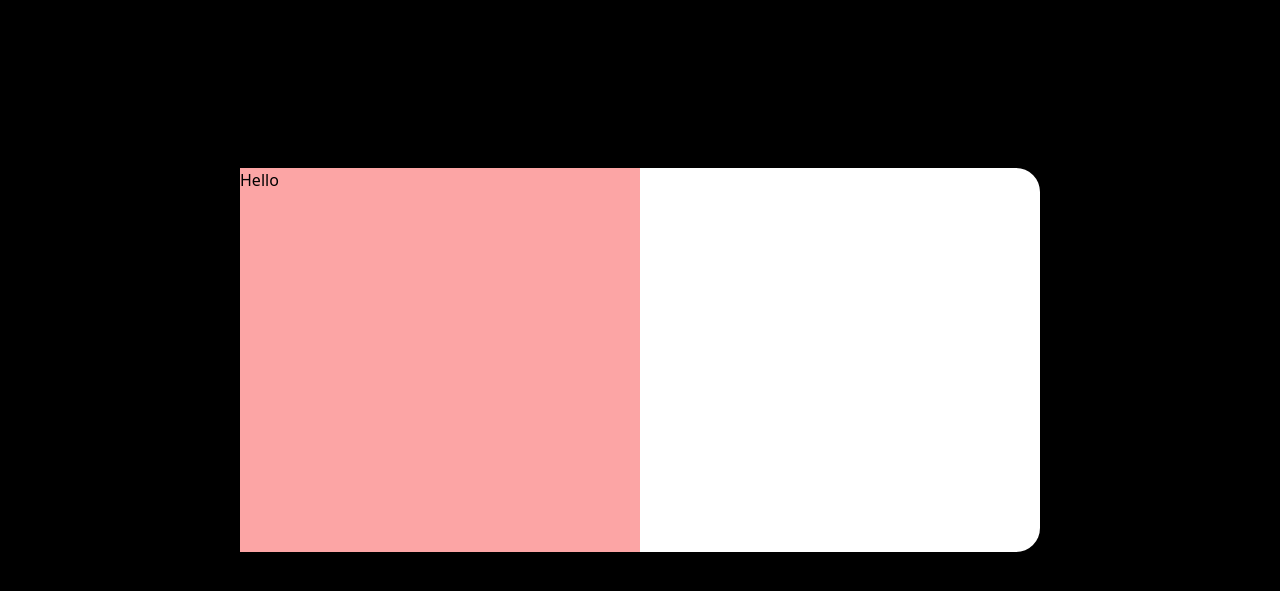
Repository: BerlinWebDev/FrontendMaster_PreviewMentor
Page: /
The author's editor kept a copy of each file at every save. The page is drawn from the files as they stood at one save, then again after the next save.
The browser window is 1280 px wide. The pictures show the whole page.
The project was rebuilt for these pictures with package versions that can differ from the ones it lists, and the page was loaded fresh each time.

Above is the page before, as saved 2023-11-11 01:14:16.

### src/App.js
function App() {
  return (
    <>
      <header>
        <title>Challenge</title>
        <meta name="description" content="Challenge" />
        <link rel="icon" href="/favicon.ico" />
      </header>
      <main className="flex min-h-screen flex-col items-center justify-center bg-black">
        <div className="flex h-96 w-[800px] rounded-3xl bg-white">
          <aside className="w-1/2 bg-red-300">Hello</aside>
        </div>
      </main>
    </>
  );
}

export default App;

Loaded but not shown: public/index.html (common file); src/index.js (common file); src/index.css (common file); tailwind.config.js (common file)

After the next save:
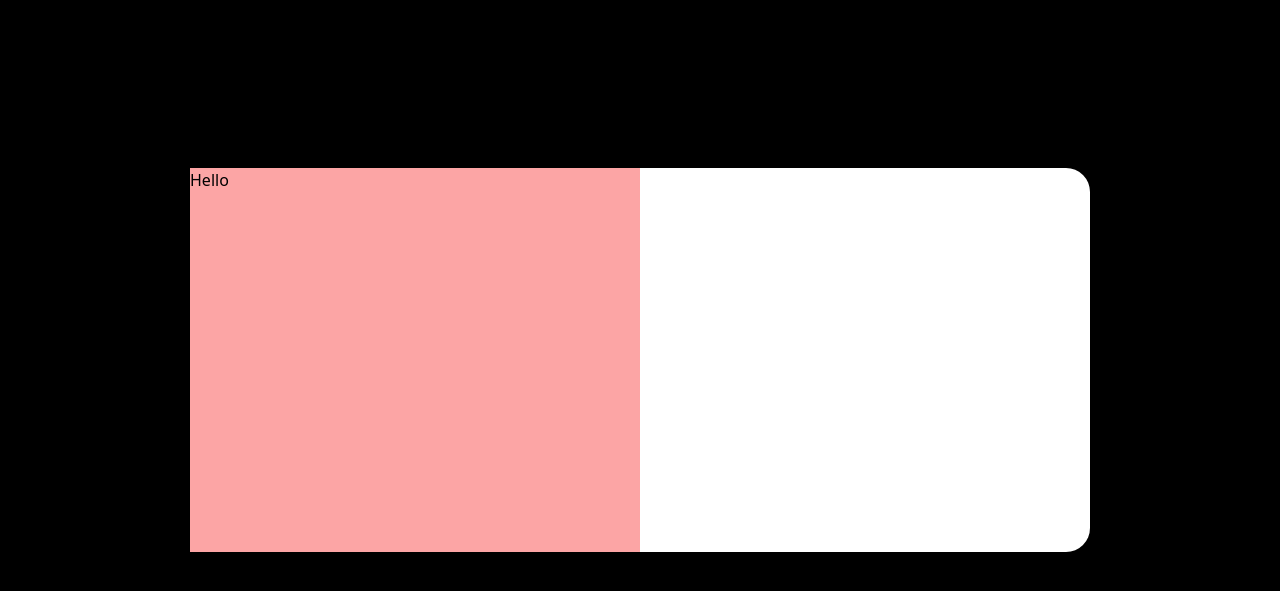
Saved 46 s later.
--- a/src/App.js
+++ b/src/App.js
@@ -7,7 +7,7 @@ function App() {
         <link rel="icon" href="/favicon.ico" />
       </header>
       <main className="flex min-h-screen flex-col items-center justify-center bg-black">
-        <div className="flex h-96 w-[800px] rounded-3xl bg-white">
+        <div className="flex h-96 w-[900px] rounded-3xl bg-white">
           <aside className="w-1/2 bg-red-300">Hello</aside>
         </div>
       </main>
